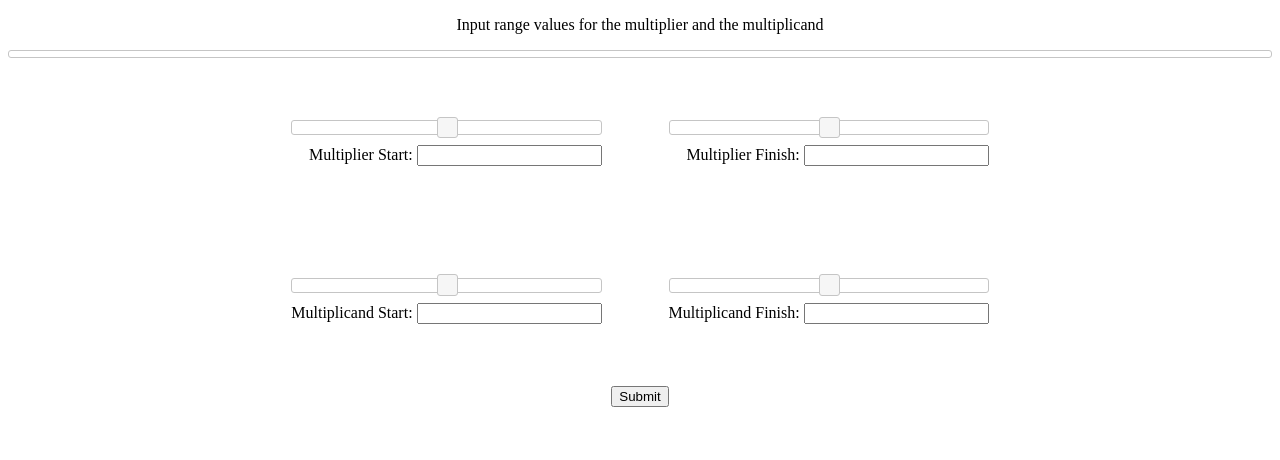
Repository: khrasna/HW4Part2
Page: index.html
These files come from the project's save history. The page is drawn as it stood at one moment and after the next save; the edit follows.
The browser window is 1280 px wide. The pictures show the whole page.
Some web libraries are served in a nearby version.

Above is the page before, as saved 2021-11-15 16:22:11.

### index.html
<!-- HTML file for Assignment 3
By Karsten Hrasna  email Karsten_Hrasna@student.uml.edu-->
<!DOCTYPE html>
<html>

<head>
    <title>Multiplication Table</title>
    <link rel="stylesheet" href="style.css">
    <script type="text/javascript" src="https://ajax.googleapis.com/ajax/libs/jquery/3.5.1/jquery.min.js"></script>
    <script type="text/javascript" src="dist/jquery.validate.min.js"></script>
    <script type="text/javascript" src="formvalidate.js"></script>
    <script type="text/javascript"
        src="https://ajax.googleapis.com/ajax/libs/jqueryui/1.11.4/jquery-ui.min.js"></script>
    <link rel="stylesheet" href="https://ajax.googleapis.com/ajax/libs/jqueryui/1.11.4/themes/smoothness/jquery-ui.css">
</head>

<body>
    <p>Input range values for the multiplier and the multiplicand</p>
    <div id="tabs"></div>
    <div id="container">
        <!-- Learned from W3schools. Creates a form which takes number ranges for multiplier and multiplicand. -->


        <ul>

        </ul>


        <form id="FormInput" action="javascript:void(0);" method="get">
            <!--Learned about javascript:void(0) from Dutchie432 at https://stackoverflow.com/questions/1818249/form-with-no-action-and-where-enter-does-not-reload-page-->
            <table>
                <tr>

                    <td class="pad">
                        <div id="slider-1"></div>
                        Multiplier Start: <input input="text" name="MultiplierStart">
                    </td>

                    <td>
                        <div id="slider-2"></div>
                        Multiplier Finish: <input type="text" name="MultiplierFinish">
                    </td>
                </tr>
                <tr>
                    <td class="pad">
                        <div id="slider-3"></div>
                        Multiplicand Start: <input type="text" name="MultiplicandStart">
                    </td>

                    <td>
                        <div id="slider-4"></div>
                        Multiplicand Finish: <input type="text" name="MultiplicandFinish">
                    </td>
                </tr>
            </table>
            <input type="submit" value="Submit">
            <!--goes directly under form and processes the input to create a mult table-->
        </form>
    </div>
    </div>


</body>

</html>

### style.css
/*Created by Karsten Hrasna. email: Karsten_Hrasna@student.uml.edu*/
html,
body {
    height: 97%;
    text-align: center;
}

#slider-1,
#slider-2,
#slider-3,
#slider-4 {
    margin-bottom: 10px;
    margin-top: 10px;
}

div#container {
    display: grid;
    grid-template-columns: 100%;
    /* top row of grid holds the form for input, the rest of page holds the multiplication table*/
    grid-template-rows: auto;
    height: 97%;

}

#multTable {
    margin: auto;
    border-collapse: separate;
    border-spacing: 0;
    /*the dynamically sized multiplication table */
    margin-top: 0px;
    border-bottom: 0px;

}

input[type=submit] {
    /* submit button under form spaced here */
    margin-top: 10px;
    margin-bottom: 0px;
}

#multTable td,
th {
    border: solid;
    border-color: black;
    min-width: 70px;
    font-size: 30px;
    height: 70px;
}


#multTable th {
    position: sticky;
    top: 0px;
    border-right: solid;
    border-right-color: white;
    border-bottom: solid;
    border-bottom-color: white;
    background-color: black;
    color: white;

}

#multTable th:first-child {
    position: sticky;
    top: 70px;
    left: 0;
}


.sticky {
    position: fixed;
    top: 0px;
    /* get the headers to stay fixed on mult table */
    width: 100%;
}

#multTable tr:first-child th:first-child {
    border: none;
    background-color: white;
}

#multTable p.inputError {
    margin: 0px;
}

form {
    grid-row: 1;
    margin-bottom: 0px;
}

table {
    margin-left: auto;
    margin-right: auto;
}

form td {
    text-align: right;
    justify-content: right;
    padding: 50px;

    /*line up the input form textboxes*/
}

form p {
    margin: 0px;
}

td.pad {
    padding-right: 15px;
}

### formvalidate.js
$(function () {
    $("#tabs").tabs();

    $("#slider-1").slider({
        min: -50,                       //initialize the four sliders to set the values of their respective input boxes
        max: 50,
        slide: function (event, ui) {
            $('input[name="MultiplierStart"]').val(ui.value);
        }
    });
    $("#slider-2").slider({
        min: -50,
        max: 50,
        slide: function (event, ui) {
            $('input[name="MultiplierFinish"]').val(ui.value);
        }
    });
    $("#slider-3").slider({
        min: -50,
        max: 50,
        slide: function (event, ui) {
            $('input[name="MultiplicandStart"]').val(ui.value);
        }
    });
    $("#slider-4").slider({
        min: -50,
        max: 50,
        slide: function (event, ui) {
            $('input[name="MultiplicandFinish"]').val(ui.value);
        }
    });

    $('input[name="MultiplierStart"]').on('keyup', function () { //if the input boxes values are changed, set the slider to that value
        $("#slider-1").slider("option", "value", $('input[name="MultiplierStart"]').val());
    });

    $('input[name="MultiplierFinish"]').on('keyup', function () {
        $("#slider-2").slider("option", "value", $('input[name="MultiplierFinish"]').val());
    });

    $('input[name="MultiplicandStart"]').on('keyup', function () {
        $("#slider-3").slider("option", "value", $('input[name="MultiplicandStart"]').val());
    });

    $('input[name="MultiplicandFinish"]').on('keyup', function () {
        $("#slider-4").slider("option", "value", $('input[name="MultiplicandFinish"]').val());
    });


    $.validator.addMethod("less", function (value, element, params) {
        if (params[0].value == "") {
            return true; // dont want it to say that the start has to be greater than finish if no finish given. instead it will say to give finish value in other error
        } else {
            return this.optional(element) || +value <= +params[0].value;

        } //checks to make sure that the starts are less than the finishes, learned from
    });                                                           // https://jqueryvalidation.org/jQuery.validator.addMethod/

    var valid = $('input[value="Submit"]').on("click", function () {
        $("#multTable").remove();

        $("#FormInput").validate({
            onkeyup: false,     //this makes it so the validator doesnt update the error messages whenever new input is typed. only validates when submit is hit.
            onfocusout: false,  //learned about onkeyup, and onfocusout at https://www.sitepoint.com/jquery-validation-validate-form-submit/
            rules: {
                MultiplierStart: {
                    digits: true,
                    less: $('input[name="MultiplierFinish"]'),
                    required: true,
                    range: [-50, 50]
                },
                MultiplierFinish: {
                    required: true,
                    digits: true,
                    range: [-50, 50]
                },

                MultiplicandStart: {
                    digits: true,
                    less: $('input[name="MultiplicandFinish"]'),
                    required: true,
                    range: [-50, 50]
                },

                MultiplicandFinish: {
                    digits: true,
                    required: true,
                    range: [-50, 50]
                }
            },

            messages: {
                MultiplierStart: {
                    digits: "Multiplier Start must be a digit",
                    required: "Multiplier Start must be a digit between -50 and 50",
                    range: "The range of Multiplier Start must stay within -50 and 50",
                    less: "The value of Multiplier Start must be less than or equal to Multiplier Finish."
                },

                MultiplierFinish: {
                    digits: "Multiplier Finish must be a digit",
                    required: "Multiplier Finish must be a digit between -50 and 50",
                    range: "The range of Multiplier Finish must stay within -50 and 50",
                },

                MultiplicandStart: {
                    digits: "Multiplicand Start must be a digit",
                    required: "Multiplicand Start must be a digit between -50 and 50",
                    range: "The range of Multiplicand Start must stay within -50 and 50",
                    less: "The value of Multiplicand Start must be less than or equal to Multiplicand Finish."
                },

                MultiplicandFinish: {
                    digits: "Multiplicand Finish must be a digit",
                    required: "Multiplicand Finish must be a digit between -50 and 50",
                    range: "The range of Multiplicand Finish must stay within -50 and 50",
                }
            },

            errorPlacement: function (error, element) {
                $(error).appendTo($(('#FormInput')));
            },
            errorElement: "p"

        });

        if ($("#FormInput").valid()) {
            process();
        }

    });

});

function process() {
    debugger;
    var multStart = $('input[name="MultiplierStart"]').val();
    var multFinish = $('input[name="MultiplierFinish"]').val();
    var multiplicandStart = $('input[name="MultiplicandStart"]').val();
    var multiplicandFinish = $('input[name="MultiplicandFinish"]').val();

    if (document.getElementById("multTable")) { //remove old table
            var old = document.getElementById("multTable");
            old.remove();
    };

     //clear old table and create a table with size based on input given
    const rowVals = [];
    const colVals = []; //these will hold the values of the multiplier and multiplicand
    var rows = multFinish - multStart;
    var cols = multiplicandFinish - multiplicandStart;
    var tabs = $("#tabs ul li").length + 1; //number of tabs, learned from https://stackoverflow.com/questions/14702631/in-jquery-ui-1-9-how-do-you-create-new-tabs-dynamically
    for (var i = 0; i <= cols; i++) {
        colVals[i] = (+multiplicandStart + +i); //save the values of the numbers being multiplied
    }
    for (var i = 0; i <= rows; i++) {
        rowVals[i] = (+multStart + +i);
    }
    var table = createTable(rows, cols, rowVals, colVals); //create table based on total rows and cols, and top and left are the sets of multipliers and multiplicands
    table.id = "multTable";
    //adds list item to tab list with parameters as title
    $("#tabs ul").append("<li><a href='#tab" + tabs + "'>" + multStart + " " + multFinish + " " + multiplicandStart + " " + multiplicandFinish + "</a></li>");
    $("#tabs").append("<div id='tab" + tabs + "'>" + multStart + " " + multFinish + " " + multiplicandStart + " " + multiplicandFinish + "</div>");
    $("#tab" + tabs).appendTo(table);
    $("#tabs").tabs("refresh");

}

function createTable(rows, cols, rowVals, colVals) {
    var t = document.createElement('table');
    for (var x = 0; x <= rows + 1; x++) { // rows and cols + 1 to indicate ranges of numbers
        var r = document.createElement('tr');
        t.appendChild(r);
        for (var y = 0; y <= cols + 1; y++) {   //creates the cols of the table row by row
            if (y == 0) {
                var c = document.createElement('th'); //create and insert element based on position in table
                c.id = "topHeader";
                if (x != 0) {
                    c.innerHTML = rowVals[x - 1]; // - 1 because it is moved over 1 to the right
                }
            } else if (x == 0) {
                var c = document.createElement('th');
                if (y != 0) {
                    c.innerHTML = colVals[y - 1];
                }
            } else {
                var c = document.createElement('td');
                c.innerHTML = rowVals[x - 1] * colVals[y - 1];
                if (((y % 2) + (x % 2)) == 0 || ((y % 2) + (x % 2)) == 2) { // checker board effect
                    c.style.backgroundColor = "gray";
                }
            }
            r.appendChild(c);
        }
    }
    return t;
}

Loaded but not shown: dist/jquery.validate.min.js (library)

After the next save:
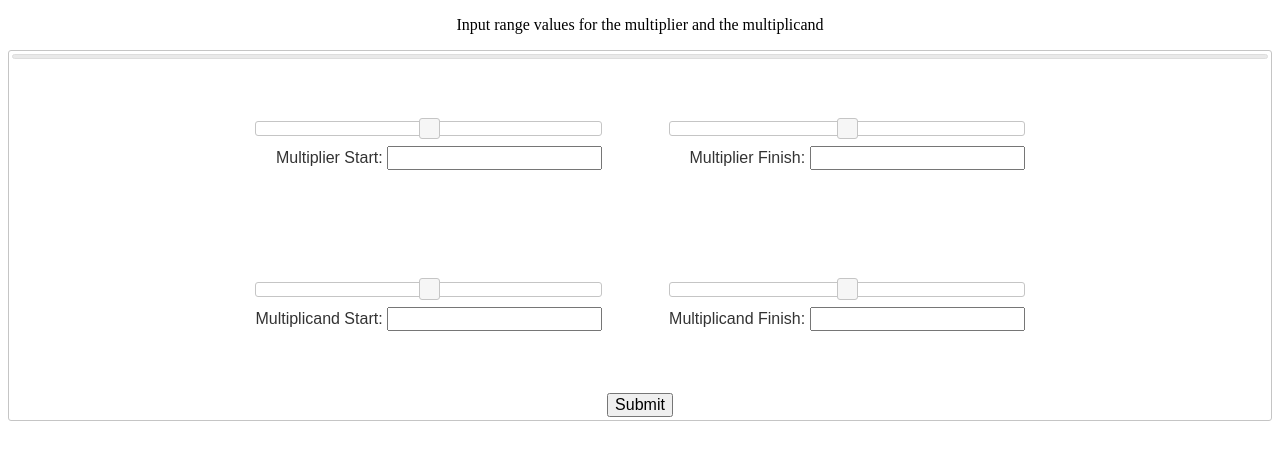
Saved 2 min 3 s later.
--- a/index.html
+++ b/index.html
@@ -16,47 +16,45 @@ By Karsten Hrasna  email Karsten_Hrasna@student.uml.edu-->
 
 <body>
     <p>Input range values for the multiplier and the multiplicand</p>
-    <div id="tabs"></div>
-    <div id="container">
-        <!-- Learned from W3schools. Creates a form which takes number ranges for multiplier and multiplicand. -->
-
-
+    <div id="tabs">
         <ul>
 
         </ul>
+        <div id="container">
+            <!-- Learned from W3schools. Creates a form which takes number ranges for multiplier and multiplicand. -->
 
 
-        <form id="FormInput" action="javascript:void(0);" method="get">
-            <!--Learned about javascript:void(0) from Dutchie432 at https://stackoverflow.com/questions/1818249/form-with-no-action-and-where-enter-does-not-reload-page-->
-            <table>
-                <tr>
+            <form id="FormInput" action="javascript:void(0);" method="get">
+                <!--Learned about javascript:void(0) from Dutchie432 at https://stackoverflow.com/questions/1818249/form-with-no-action-and-where-enter-does-not-reload-page-->
+                <table>
+                    <tr>
 
-                    <td class="pad">
-                        <div id="slider-1"></div>
-                        Multiplier Start: <input input="text" name="MultiplierStart">
-                    </td>
+                        <td class="pad">
+                            <div id="slider-1"></div>
+                            Multiplier Start: <input input="text" name="MultiplierStart">
+                        </td>
 
-                    <td>
-                        <div id="slider-2"></div>
-                        Multiplier Finish: <input type="text" name="MultiplierFinish">
-                    </td>
-                </tr>
-                <tr>
-                    <td class="pad">
-                        <div id="slider-3"></div>
-                        Multiplicand Start: <input type="text" name="MultiplicandStart">
-                    </td>
+                        <td>
+                            <div id="slider-2"></div>
+                            Multiplier Finish: <input type="text" name="MultiplierFinish">
+                        </td>
+                    </tr>
+                    <tr>
+                        <td class="pad">
+                            <div id="slider-3"></div>
+                            Multiplicand Start: <input type="text" name="MultiplicandStart">
+                        </td>
 
-                    <td>
-                        <div id="slider-4"></div>
-                        Multiplicand Finish: <input type="text" name="MultiplicandFinish">
-                    </td>
-                </tr>
-            </table>
-            <input type="submit" value="Submit">
-            <!--goes directly under form and processes the input to create a mult table-->
-        </form>
-    </div>
+                        <td>
+                            <div id="slider-4"></div>
+                            Multiplicand Finish: <input type="text" name="MultiplicandFinish">
+                        </td>
+                    </tr>
+                </table>
+                <input type="submit" value="Submit">
+                <!--goes directly under form and processes the input to create a mult table-->
+            </form>
+        </div>
     </div>
 
 
